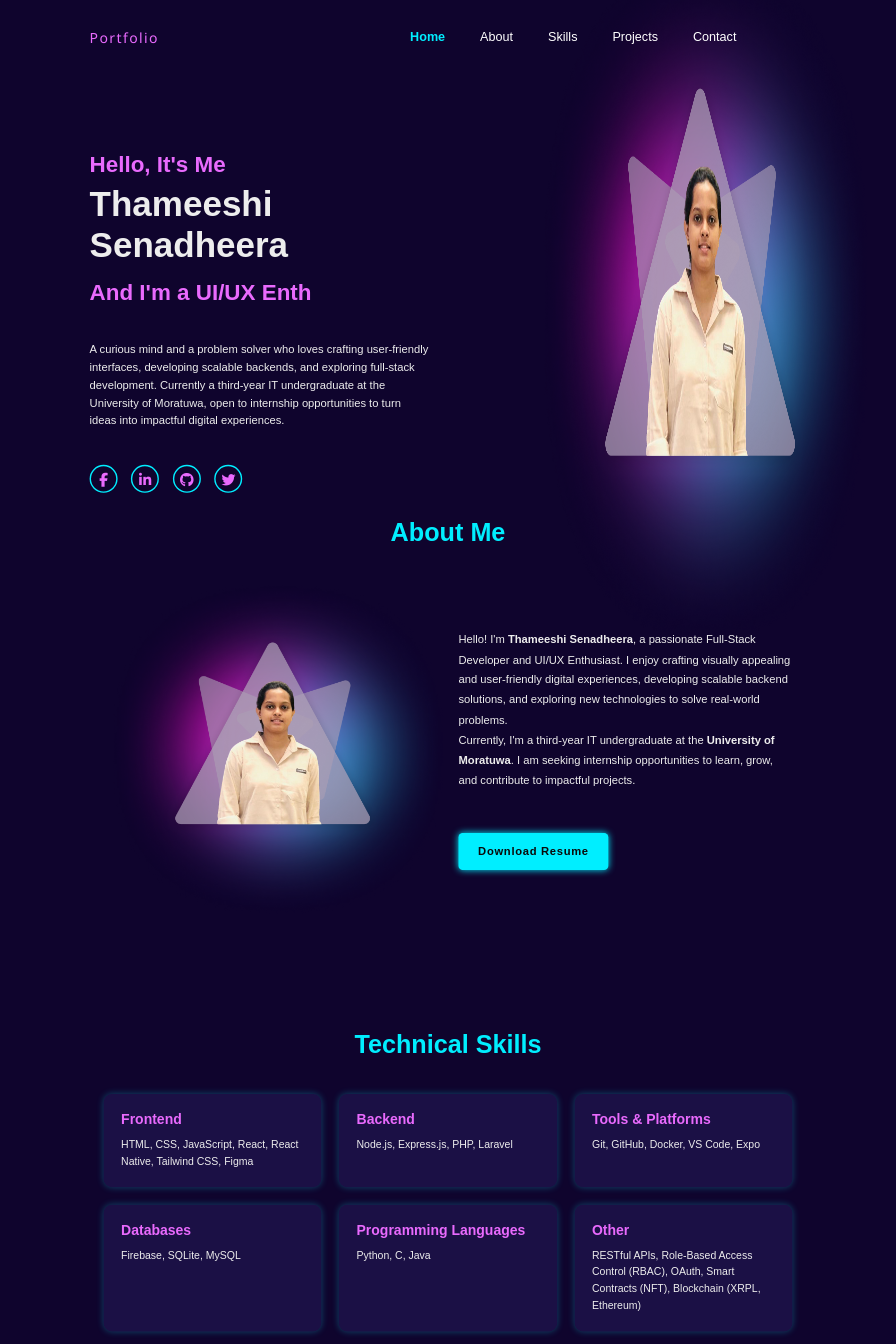
Repository: Thameeshi/portfolio-website
Page: http://localhost/
An editor plug-in stored every save of this project. The page is shown before and after the next save, followed by the edit.
The browser window is 1280 px wide. The pictures show the part of the page from y = 0 to 1920 px (the page is 3616 px tall), at 70% of full size.
Some web libraries are served in a nearby version. The page is served by the project's Node server (server.js).

Above is the page before, as saved 2025-09-10 11:31:00.

### public/css/style.css
/* Reset */
* {
    margin: 0;
    padding: 0;
    box-sizing: border-box;
    font-family: 'Poppins', sans-serif;
}

/* Body */
body {
    background: #0F042D;
    color: #ededed;
    scroll-behavior: smooth;
    overflow-x: hidden;
}

/* Header */
.header {
    position: fixed;
    top: 0;
    left: 0;
    width: 100%;
    padding: 40px 10%;
    display: flex;
    justify-content: space-between;
    align-items: center;
    z-index: 100;
    transition: background 0.3s ease-in-out;
}

.logo {
    font-size: 20px;
    color: #E96AFD;
    text-decoration: none;
    font-weight: 550;
    letter-spacing: 2px;
    font-family: 'Segoe UI', Tahoma, Geneva, Verdana, sans-serif;
    transition: transform 0.3s ease;
}
.logo:hover { transform: scale(1.1) rotate(-3deg); }

.navbar {
    display: flex;
    align-items: center;
    margin-right: 100px;
}
.navbar a {
    display: inline-block;
    font-size: 18px;
    color: #fff;
    text-decoration: none;
    font-weight: 500;
    margin-left: 50px;
    position: relative;
    transition: color 0.3s ease;
}
.navbar a::after {
    content: '';
    position: absolute;
    left: 0;
    bottom: -5px;
    width: 0;
    height: 2px;
    background: #0ef;
    transition: width 0.3s;
}
.navbar a:hover { color: #0ef; }
.navbar a:hover::after { width: 100%; }
.navbar a.active { color: #0ef; font-weight: 700; }

/* Home Section */
.home {
    display: flex;
    align-items: center;
    justify-content: space-between;
    padding: 50px 10%;
    height: 100vh;
    gap: 50px;
}

.home-content {
    flex: 1;
    max-width: 600px;
    animation: fadeIn 2s ease-in-out;
    margin-top: 200px;
}
.home-content h3 { font-size: 32px; font-weight: 700; color: #E96AFD; margin-bottom: 10px; animation: slideInLeft 1s ease; }
.home-content h1 { font-size: 50px; font-weight: 800; margin-bottom: 20px; animation: slideInRight 1.2s ease; }
.home-content p { line-height: 1.6; font-size: 16px; margin-bottom: 25px; margin-top:50px;animation: fadeInUp 1.5s ease; }

.btn-box {
    display: inline-block;
    padding: 12px 28px;
    background: #0ef;
    border-radius: 6px;
    font-size: 16px;
    color: #0a0a0a;
    font-weight: 600;
    letter-spacing: 1px;
    text-decoration: none;
    transition: 0.3s;
    box-shadow: 0 0 10px #0ef;
}
.btn-box:hover {
    background: #0c9;
    box-shadow: 0 0 20px #0ef, 0 0 40px #0ef;
    transform: scale(1.05);
}

/* Social Links */
.home-sci { margin-top: 50px; }
.home-sci a {
    display: inline-block;
    width: 40px;
    height: 40px;
    border: 2px solid #0ef;
    border-radius: 50%;
    font-size: 20px;
    color: #E96AFD;
    text-align: center;
    line-height: 40px;
    margin-right: 15px;
    transition: 0.4s;
}
.home-sci a:hover {
    background: #E96AFD;
    color: #0a0a0a;
    box-shadow: 0 0 20px #E96AFD;
}

/* Image next to home-content */
.image {
    flex: 1;
    max-width: auto;
    animation: float 3s ease-in-out infinite;
}
.image img {
    width: 1500px;
    height: 1000px;
    margin-left: 100px;
    margin-top: 150px;
}

/* Float animation */
@keyframes float {
    0%, 100% { transform: translateY(0); }
    50% { transform: translateY(-10px); }
}

/* About Section */
.about {
    padding: 70px 10%;
    color: #ededed;
    margin-top: -100px;
}
.about h2 { font-size: 36px; font-weight: 700; color: #0ef; margin-bottom: 40px; text-align: center; margin-top: 100px; }

.download { margin-top: 40px; }

.about-content {
    display: flex;
    align-items: center;
    justify-content: space-between;
    flex-wrap: wrap;
    gap: 30px;
    flex-direction: row-reverse;
}
.container { max-width: 1200px; margin: 0 auto; padding: 0 20px; margin-top: -50px; }
.about-text { flex: 1; min-width: 300px; font-size: 16px; line-height: 1.8; }
.about-text .btn-box { margin-top: 20px; }
.about-image { flex: 1; min-width: 400px; text-align: center; }
.about-image img { max-width: 500px; border-radius: 10px; }

/* Skills Section */
.skills {
    padding: 80px 10%;
    margin-top: 50px;
}
.skills h2 {
    font-size: 36px;
    font-weight: 700;
    color: #0ef;
    margin-bottom: 50px;
    text-align: center;
}
.skills-grid {
    display: grid;
    grid-template-columns: repeat(auto-fit, minmax(250px, 1fr));
    gap: 25px;
}
.skill-card {
    background: #1b1045;
    padding: 25px;
    border-radius: 12px;
    box-shadow: 0 0 10px rgba(14, 239, 255, 0.3);
    transition: transform 0.3s ease, box-shadow 0.3s ease;
}
.skill-card:hover {
    transform: translateY(-8px);
    box-shadow: 0 0 20px #0ef;
}
.skill-card h3 {
    font-size: 20px;
    color: #E96AFD;
    margin-bottom: 12px;
}
.skill-card p {
    font-size: 15px;
    line-height: 1.6;
    color: #ededed;
}

/* Projects Section */
.projects {
    padding: 80px 10%;
    margin-top: 50px;
}

.projects h2 {
    font-size: 36px;
    font-weight: 700;
    color: #0ef;
    margin-bottom: 50px;
    text-align: center;
}

.project-showcase {
    display: flex;
    justify-content: center;
    max-width: 1000px;
    margin: 0 auto;
}

.project-card {
    background: #1b1045;
    border-radius: 20px;
    overflow: hidden;
    box-shadow: 0 0 30px rgba(14, 239, 255, 0.2);
    transition: transform 0.3s ease, box-shadow 0.3s ease;
    width: 100%;
    display: flex;
    min-height: 500px;
}

.project-card:hover {
    transform: translateY(-5px);
    box-shadow: 0 0 40px rgba(14, 239, 255, 0.4);
}

.project-image-container {
    position: relative;
    flex: 1;
    overflow: hidden;
}

.project-images {
    position: relative;
    height: 100%;
    width: 100%;
}

.project-img {
    position: absolute;
    top: 0;
    left: 0;
    width: 100%;
    height: 100%;
    object-fit: cover;
    opacity: 0;
    transition: opacity 0.5s ease-in-out;
}

.project-img.active {
    opacity: 1;
}

.image-nav {
    position: absolute;
    bottom: 20px;
    left: 50%;
    transform: translateX(-50%);
    display: flex;
    gap: 10px;
    z-index: 3;
}

.nav-dot {
    width: 12px;
    height: 12px;
    border-radius: 50%;
    border: 2px solid rgba(255, 255, 255, 0.6);
    background: transparent;
    cursor: pointer;
    transition: all 0.3s ease;
}

.nav-dot:hover,
.nav-dot.active {
    background: #0ef;
    border-color: #0ef;
    transform: scale(1.2);
}

.project-overlay {
    position: absolute;
    top: 0;
    left: 0;
    right: 0;
    bottom: 0;
    background: linear-gradient(135deg, rgba(14, 239, 255, 0.8), rgba(233, 106, 253, 0.8));
    display: flex;
    align-items: center;
    justify-content: center;
    opacity: 0;
    transition: opacity 0.3s ease;
    z-index: 2;
}

.project-card:hover .project-overlay {
    opacity: 1;
}

.project-links {
    display: flex;
    gap: 20px;
}

.project-link {
    width: 60px;
    height: 60px;
    background: rgba(255, 255, 255, 0.2);
    border-radius: 50%;
    display: flex;
    align-items: center;
    justify-content: center;
    color: #fff;
    font-size: 24px;
    text-decoration: none;
    backdrop-filter: blur(10px);
    border: 2px solid rgba(255, 255, 255, 0.3);
    transition: all 0.3s ease;
}

.project-link:hover {
    background: rgba(255, 255, 255, 0.3);
    transform: scale(1.1);
    border-color: rgba(255, 255, 255, 0.6);
}

.project-info {
    flex: 1;
    padding: 40px;
    display: flex;
    flex-direction: column;
    justify-content: center;
}

.project-info h3 {
    font-size: 28px;
    color: #E96AFD;
    margin-bottom: 20px;
    font-weight: 700;
}

.project-info p {
    font-size: 16px;
    line-height: 1.7;
    color: #ededed;
    margin-bottom: 25px;
}

.project-features {
    display: grid;
    grid-template-columns: 1fr 1fr;
    gap: 15px;
    margin-bottom: 25px;
}

.feature {
    display: flex;
    align-items: center;
    gap: 8px;
    font-size: 14px;
    color: #ededed;
}

.feature i {
    color: #0ef;
    font-size: 16px;
}

.project-tech {
    display: flex;
    flex-wrap: wrap;
    gap: 10px;
}

.project-tech span {
    background: linear-gradient(135deg, #0ef, #E96AFD);
    color: #0a0a0a;
    padding: 8px 16px;
    border-radius: 25px;
    font-size: 13px;
    font-weight: 600;
    letter-spacing: 0.5px;
}

/* Responsive */
@media (max-width: 768px) {
    .projects {
        padding: 60px 5%;
    }

    .project-card {
        flex-direction: column;
        min-height: auto;
    }

    .project-image-container {
        height: 300px;
    }

    .project-info {
        padding: 30px 25px;
    }

    .project-info h3 {
        font-size: 24px;
    }

    .project-info p {
        font-size: 15px;
    }

    .project-features {
        grid-template-columns: 1fr;
        gap: 10px;
    }

    .project-links {
        gap: 15px;
    }

    .project-link {
        width: 50px;
        height: 50px;
        font-size: 20px;
    }
}

/* Add these styles to your existing stylesheet.css file */

/* Contact Section */
.contact {
    padding: 80px 10%;
    margin-top: 50px;
}

.contact h2 {
    font-size: 36px;
    font-weight: 700;
    color: #0ef;
    margin-bottom: 20px;
    text-align: center;
}

.contact > p {
    text-align: center;
    font-size: 18px;
    color: #ededed;
    margin-bottom: 50px;
    opacity: 0.8;
}

.contact-content {
    display: grid;
    grid-template-columns: 1fr 1fr;
    gap: 60px;
    max-width: 1200px;
    margin: 0 auto;
    align-items: start;
}

.contact-info {
    display: flex;
    flex-direction: column;
    gap: 30px;
}

.contact-item {
    background: #1b1045;
    padding: 25px;
    border-radius: 15px;
    text-align: center;
    transition: transform 0.3s ease, box-shadow 0.3s ease;
    border: 1px solid rgba(14, 239, 255, 0.1);
}

.contact-item:hover {
    transform: translateY(-5px);
    box-shadow: 0 10px 30px rgba(14, 239, 255, 0.2);
}

.contact-item i {
    font-size: 28px;
    color: #0ef;
    margin-bottom: 15px;
}

.contact-item h3 {
    font-size: 20px;
    color: #E96AFD;
    margin-bottom: 10px;
    font-weight: 600;
}

.contact-item p {
    color: #ededed;
    font-size: 16px;
}

.contact-form {
    background: #1b1045;
    padding: 40px;
    border-radius: 20px;
    box-shadow: 0 0 20px rgba(14, 239, 255, 0.1);
    border: 1px solid rgba(14, 239, 255, 0.1);
}

.form-group {
    margin-bottom: 25px;
}

.form-group input,
.form-group textarea {
    width: 100%;
    padding: 15px 20px;
    background: rgba(15, 4, 45, 0.8);
    border: 2px solid rgba(14, 239, 255, 0.2);
    border-radius: 10px;
    color: #ededed;
    font-size: 16px;
    font-family: 'Poppins', sans-serif;
    transition: all 0.3s ease;
    resize: vertical;
}

.form-group input:focus,
.form-group textarea:focus {
    outline: none;
    border-color: #0ef;
    box-shadow: 0 0 0 3px rgba(14, 239, 255, 0.1);
    transform: translateY(-2px);
}

.form-group input::placeholder,
.form-group textarea::placeholder {
    color: rgba(237, 237, 237, 0.6);
}

.form-group textarea {
    min-height: 120px;
    max-height: 200px;
}

.contact-form .btn-box {
    width: 100%;
    padding: 15px;
    font-size: 18px;
    margin-top: 10px;
    position: relative;
    overflow: hidden;
}

.contact-form .btn-box:hover {
    transform: translateY(-2px);
}

.contact-form .btn-box:active {
    transform: translateY(0);
}

/* Footer */
.footer {
    background: #1b1045;
    padding: 30px 10%;
    text-align: center;
    margin-top: 50px;
    border-top: 1px solid rgba(14, 239, 255, 0.1);
}

.footer p {
    color: #ededed;
    font-size: 14px;
    opacity: 0.8;
}

/* Enhanced responsive design */
@media (max-width: 768px) {
    .contact {
        padding: 60px 5%;
    }

    .contact-content {
        grid-template-columns: 1fr;
        gap: 40px;
    }

    .contact-form {
        padding: 25px 20px;
    }

    .form-group input,
    .form-group textarea {
        padding: 12px 15px;
        font-size: 14px;
    }

    .contact h2 {
        font-size: 28px;
    }

    .contact > p {
        font-size: 16px;
    }

    .contact-item {
        padding: 20px;
    }

    .contact-item i {
        font-size: 24px;
    }

    .contact-item h3 {
        font-size: 18px;
    }
}

@media (max-width: 480px) {
    .contact-form {
        padding: 20px 15px;
    }

    .form-group {
        margin-bottom: 20px;
    }

    .contact-info {
        gap: 20px;
    }

    .contact-item {
        padding: 15px;
    }
}

/* Additional animations */
@keyframes slideInLeft {
    from {
        transform: translateX(-50px);
        opacity: 0;
    }
    to {
        transform: translateX(0);
        opacity: 1;
    }
}

@keyframes slideInRight {
    from {
        transform: translateX(50px);
        opacity: 0;
    }
    to {
        transform: translateX(0);
        opacity: 1;
    }
}

/* Performance optimizations */
* {
    box-sizing: border-box;
}

img {
    max-width: 100%;
    height: auto;
}

/* Smooth transitions for better UX */
a, button {
    transition: all 0.3s ease;
}

/* Focus styles for accessibility */
a:focus,
button:focus,
input:focus,
textarea:focus {
    outline: 2px solid #0ef;
    outline-offset: 2px;
}

/* High contrast mode support */
@media (prefers-contrast: high) {
    .skill-card,
    .project-card,
    .contact-item,
    .contact-form {
        border: 2px solid #0ef;
    }
}

/* Reduced motion support */
@media (prefers-reduced-motion: reduce) {
    *,
    *::before,
    *::after {
        animation-duration: 0.01ms !important;
        animation-iteration-count: 1 !important;
        transition-duration: 0.01ms !important;
    }
}

/* Print styles */
@media print {
    .header,
    .contact-form,
    .project-overlay,
    .hamburger {
        display: none !important;
    }

    body {
        background: white !important;
        color: black !important;
    }

    .home,
    .about,
    .skills,
    .projects {
        page-break-inside: avoid;
        margin-bottom: 20px;
    }
}

/* Keyframe Animations */
@keyframes fadeIn { from { opacity: 0; } to { opacity: 1; } }
@keyframes slideInLeft { from { transform: translateX(-50px); opacity: 0; } to { transform: translateX(0); opacity: 1; } }
@keyframes slideInRight { from { transform: translateX(50px); opacity: 0; } to { transform: translateX(0); opacity: 1; } }
@keyframes fadeInUp { from { transform: translateY(30px); opacity: 0; } to { transform: translateY(0); opacity: 1; } }

/* Responsive */
@media (max-width: 768px) {
    .home {
        flex-direction: column;
        text-align: center;
        padding: 100px 5% 0;
        gap: 30px;
    }
    .home-content h1 { font-size: 36px; }
    .home-content h3 { font-size: 24px; }
    .image { max-width: 200px; margin-top: 20px; }
    .about-content { flex-direction: column; text-align: center; }
    .about-image img { max-width: 200px; margin-top: 20px; }
    .navbar a { margin-left: 20px; font-size: 16px; }
    .header { padding: 15px 5%; }
}

Loaded but not shown: public/js/main.js (628 lines, source omitted); server.js (274 lines, source omitted); views/index.ejs (352 lines, source omitted)

After the next save:
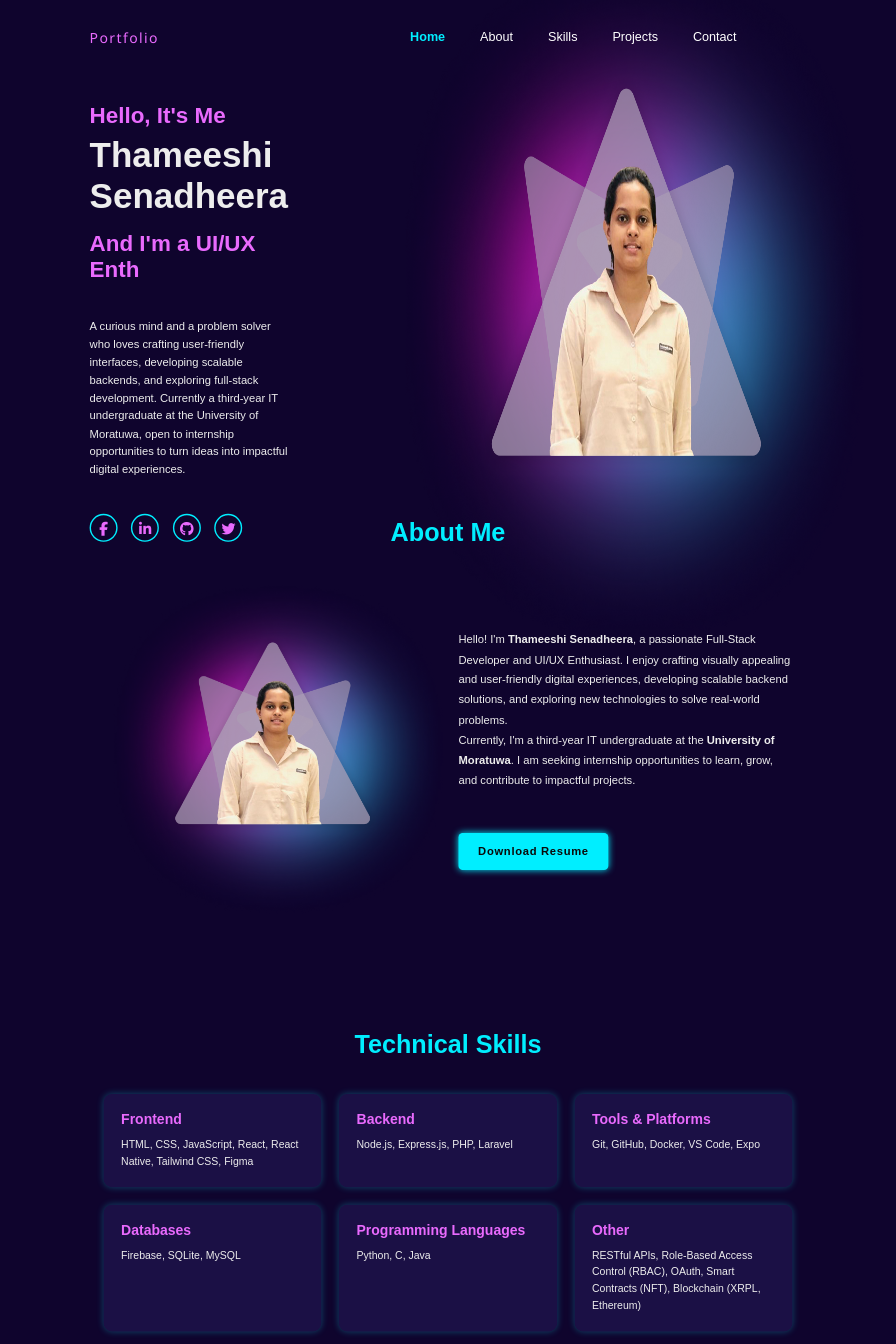
Saved 3 min 21 s later.
--- a/public/css/style.css
+++ b/public/css/style.css
@@ -129,11 +129,7 @@ body {
 }
 
 /* Image next to home-content */
-.image {
-    flex: 1;
-    max-width: auto;
-    animation: float 3s ease-in-out infinite;
-}
+
 .image img {
     width: 1500px;
     height: 1000px;
